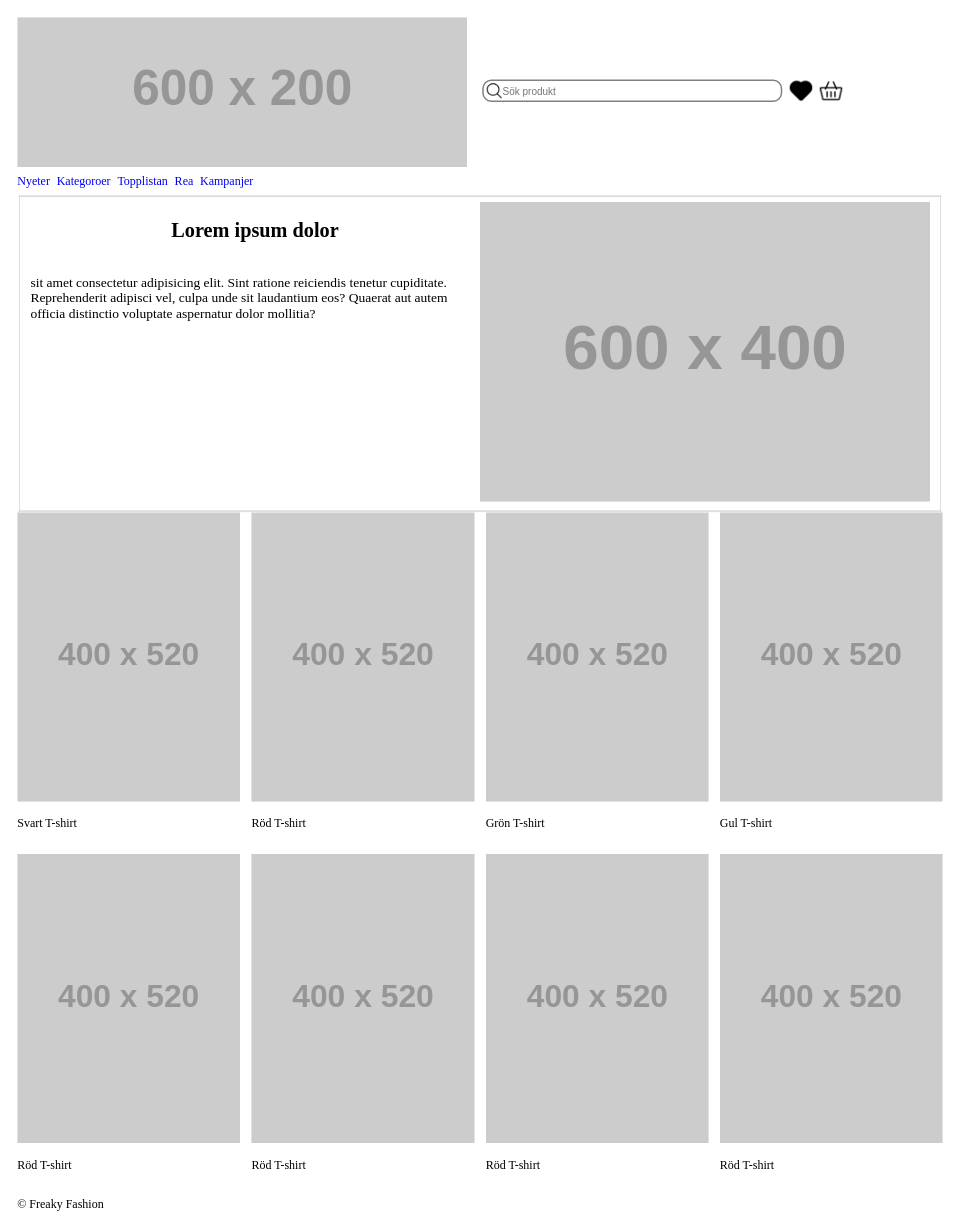
Repository: Kalle1995/project
Page: index.html
These files come from the project's save history. The page is drawn as it stood at one moment and after a run of saves; the edit follows.
The browser window is 1280 px wide. The pictures show the whole page, at 75% of full size.

Above is the page before, as saved 2024-10-05 22:16:22.

### index.html
<!DOCTYPE html>
<html lang="sv">

<head>
  <meta charset="UTF-8" />
  <meta name="viewport" content="width=device-width, initial-scale=1.0" />
  <title>Freaky Fashion</title>

  <link rel="stylesheet" href="main.css" />
</head>

<body>
  <header>
    <section>
      <div class="wholeHead">
        <img src="https://placehold.co/600x200 " width="600" height="200" alt="icon" class="icon" />

        <div class="searchAndIcons">
          <input type="search" placeholder="Sök produkt" class="search">
          <div class="headIcons">
            <a href="#"><img src="bilder/full heart.png" alt="favourite"></a>
            <a href="#"><img src="bilder/cart.png" alt="cart"></a>
          </div>
        </div>
      </div>

      <!-- jag behöver fixa att man kan sriva och iconen förvinner -->
      <!-- om, jag har div för input typ så den ta hela raden -->

      <div>
        <nav class="NavList">
          <ul>
            <li class="nav-list-item"><a href="#">Nyeter</a></li>
            <li class="nav-list-item hide-on-mobile ejnav"><a href="#">Kategoroer</a></li>
            <li class="nav-list-item"><a href="#">Topplistan</a></li>
            <li class="nav-list-item"><a href="#">Rea</a></li>
            <li class="nav-list-item"><a href="#">Kampanjer</a></li>
          </ul>
        </nav>
      </div>

      <!-- <dl> och <dt> använda man i detta falet  -->

    </section>
  </header>

  <main>
    <section class="mid">
      <article>
        <fieldset class="head">
          <img class="head-image" src="https://placehold.co/600x400" alt="" class="loremPic">
          <div>
            <h2 class="head-title">Lorem ipsum dolor</h2>
            <p class="head-text">
              <br>sit amet consectetur adipisicing elit. Sint ratione reiciendis tenetur cupiditate. Reprehenderit
              adipisci
              vel, culpa unde sit laudantium eos? Quaerat aut autem officia distinctio voluptate aspernatur dolor
              mollitia?
            </p>
          </div>
        </fieldset>
      </article>
    </section>
    <section class="products">
      <!-- grid container -->
      <div class="product">
        <!-- <img src="bilder/full heart.png" alt=""> -->
        <img class="product-pic" src="https://placehold.co/400x520/png?text=Black+T-shirt" alt="Svart T-shirt" />
        <p>Svart T-shirt</p>
      </div>

      <div class="product">
        <img class="product-pic" src="https://placehold.co/400x520/png?text=Red+T-shirt" alt="" />
        <p>Röd T-shirt</p>
      </div>

      <div class="product">
        <img class="product-pic" src="https://placehold.co/400x520/png?text=Green+T-shirt" alt="" />
        <p>Grön T-shirt</p>
      </div>

      <div class="product">
        <img class="product-pic" src="https://placehold.co/400x520/png?text=Gul+T-shirt" alt="" />
        <p>Gul T-shirt</p>

      </div>

      <div class="product">
        <img class="product-pic" src="https://placehold.co/400x520/png?text=Red+T-shirt" alt="">
        <p>Röd T-shirt</p>
      </div>

      <div class="product">
        <img class="product-pic" src="https://placehold.co/400x520/png?text=Red+T-shirt" alt="">
        <p>Röd T-shirt</p>
      </div>

      <div class="product">
        <img class="product-pic" src="https://placehold.co/400x520/png?text=Red+T-shirt" alt="">
        <p>Röd T-shirt</p>
      </div>

      <div class="product">
        <img class="product-pic" src="https://placehold.co/400x520/png?text=Red+T-shirt" alt="">
        <p>Röd T-shirt</p>
      </div>
    </section>
  </main>

  <br>

  <footer>
    <div class="Company">&copy; Freaky Fashion</div>
  </footer>
</body>

</html>

### main.css
body {
    padding: 15px;
    font-size: 2em;
    display: grid;

}


.head-title {
    text-align: center;
}

.products {
    display: grid;
    gap: 15px;
}

ul {
    list-style-type: none;
    margin: 0;
    padding: 0;

}

.search {
    border: 2px solid gray;
    border-radius: 12px;
    padding: 5px;
    display: inline;
    background-image: url(bilder/search.png);
    background-repeat: no-repeat;
    background-position: 4px;
    padding-left: 25px;

}

.NavList {
    display: block;
    padding-bottom: 10px;
    padding-top: 10px;

}

.hide-on-mobile {
    display: none;
}

.nav-list-item {
    a {
        text-decoration: none;
    }
}

.product-pic {
    width: 100%;
    height: auto;
}

.head {
    display: flex;
    flex-direction: column;
}

.head-image {
    width: 100%;
}

.wholeHead {
    display: flex;
    flex-direction: row;
}

.searchAndIcons {
    display: flex;
    flex-direction: row;
    margin: auto 0 auto 20px;
}

.search {
    height: 30px;
    width: 400px;
    margin-right: 10px;
}

.headIcons {
    display: flex;
    gap: 10px;
    margin-right: 0;
    margin-left: auto;

    img {
        height: 30px;
    }
}

@media (max-width: 640px) {
    .mid {
        position: relative;
        display: block;
        font-size: medium;
    }

    li {
        margin-bottom: 3px;
    }

    .icon {
        width: 100%;
    }

    .wholeHead {
        flex-direction: column;
    }

    .search {
        height: 35px;
        width: 100%;
        max-width: 400px;
    }

    .headIcons {
        img {
            height: 35px;
        }
    }
}

@media (min-width: 640px) {
    .products {
        grid-template-columns: repeat(2, 1fr);
    }

    .mid {
        position: relative;
        display: block;
        font-size: large;
    }
}

body {
    font-size: 1.5em;
}

@media (min-width: 1024px) {
    .products {
        grid-template-columns: repeat(4, 1fr);
    }

    body {
        font-size: 1em;
    }

    .listan {
        display: flex;
    }

    li {
        display: inline;
        margin-right: 5px;
    }

    .hide-on-mobile {
        display: inline-block;
    }

    .head {
        flex-direction: row-reverse;
    }
}





/*
    @media (max-width:1024px) {
        .ejnav {
            display: none;
        }

      }
*/



/*
      @media print {
        body {
            font-size: 4em;
        }
        img {
            display: none;
        }
      }
*/



/*
här för Nyproduckt sidan
*/


header>h3 {
    position: absolute;
    left: 10px;
    bottom: auto;
}

.vänster {
    display: grid;
    grid-template-rows: 100%;
    background-color: gray;
}


.liggTill {
    hero-text button: hover
}


/*
kassa sidan
*/

.kassa {
    text-align: center;

}






.buy>button {
    display: grid;
    align-items: center;
    width: 80px;
    height: 30px;
    background-color: rgb(255, 255, 255);
    margin-left: 50%;
    font-weight: bold;
    border-radius: 10px;

}


.no-space {
    margin: 0;
    padding: 0;
    border: none;
    border-top: 1px solid black;
    /* Valfri färg eller stil på linjen */
}


.omOss {
    padding: 15px;
    background-color: rgb(207, 206, 206)
}

.list-container {
    display: inline-flex;
    justify-content: space-between;
    /* Ser till att listorna sprids ut jämnt */
    gap: 150px;
    /* Mellanrum mellan listorna */
}

.list {
    flex: 1;
    /* Gör att listorna tar upp lika mycket plats */
    padding-left: 15px;
}

.list h3 {
    margin-bottom: 20px;
}

.list li {
    list-style-type: none;
    /* ingen punkter i listan */
    padding: 0;
}

.list li ul {
    margin-bottom: 10px;
}




/*
Administration
*/

.AD {
    width: 115%;
    padding-left: 15px;
    margin-left: -25px;
    margin-top: -25px;
    float: left;
    font-style: normal;
    background-color: rgb(0, 0, 0);
    position: relative;
    display: flex;
    color: white;
}

.PR {
    background-color: rgb(209, 209, 208);
    height: auto;
    margin-left: -25px;
    padding-left: 20px;
    margin-right: auto;
    padding-right: 70px;
    padding-top: 15px;
    font-weight: bold;
    position: relative;
}

.AR {
    position: relative;
    ;
    left: 200px;
    top: -40px;

}













/*

.Company{
    text-align: center;
    bottom: auto;
}

After the next 2 saves:
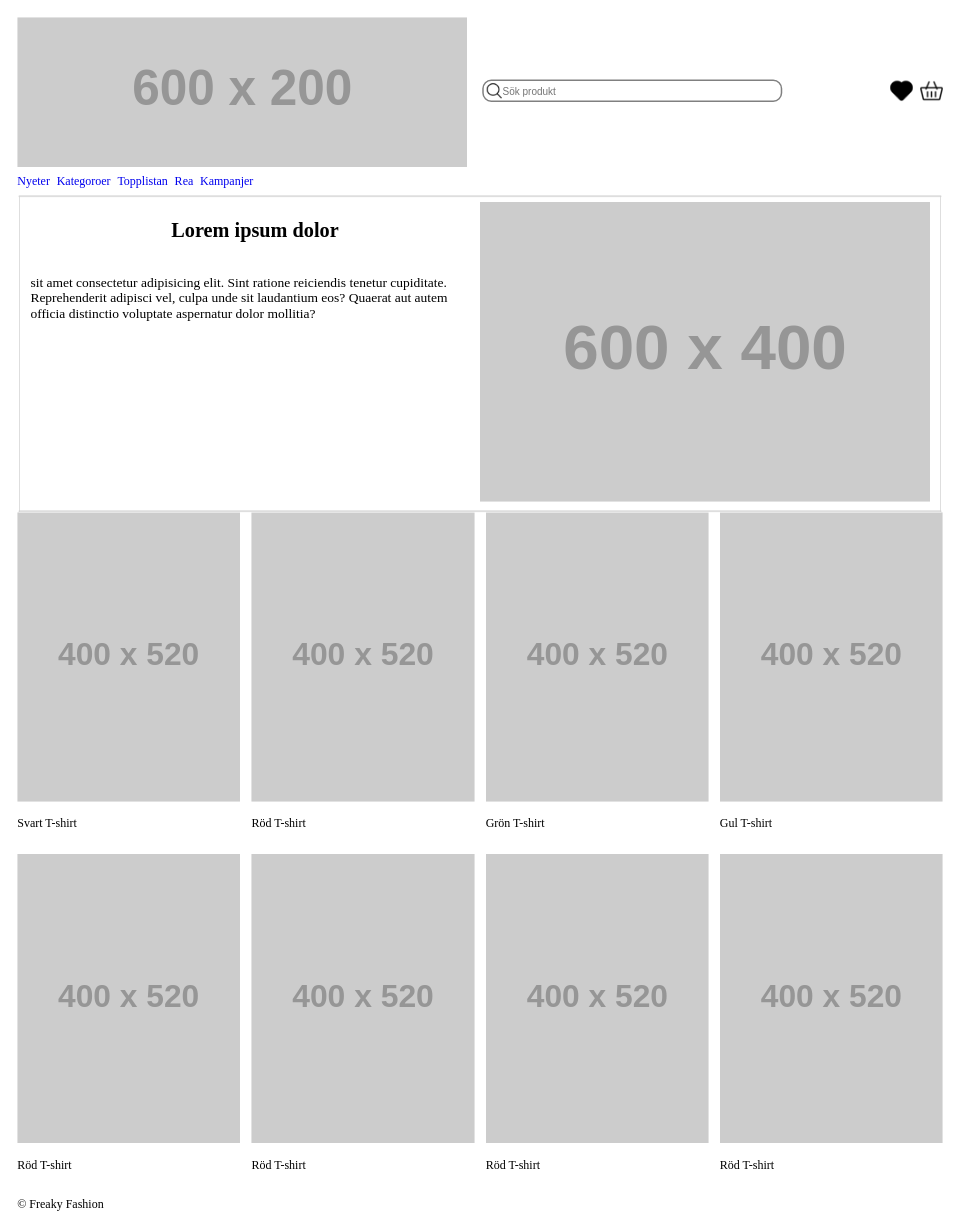
The 2 saves are shown as one change because they came seconds apart.
The last was saved 14 s later.
--- a/main.css
+++ b/main.css
@@ -71,6 +71,7 @@ ul {
 }
 
 .searchAndIcons {
+    width: 100%;
     display: flex;
     flex-direction: row;
     margin: auto 0 auto 20px;
